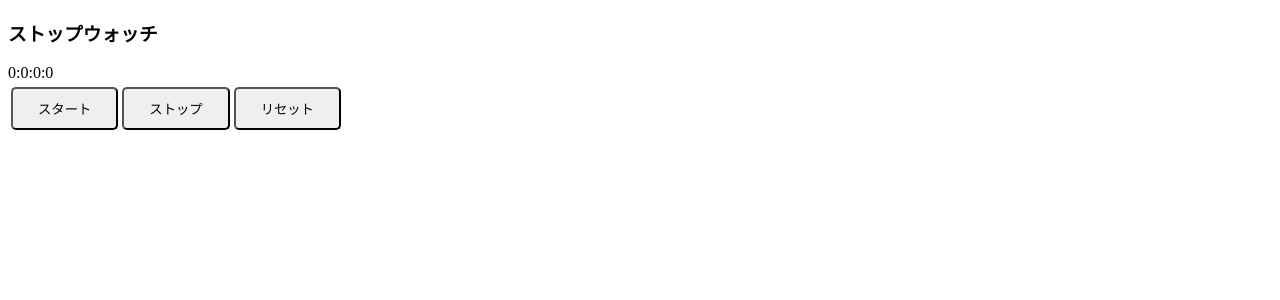
Repository: syokaturyou/potepan
Page: stop.html
The author's editor kept a record of every edit. The page is drawn from the files as they stood at one moment, then again after the next edit.
The browser window is 1280 px wide. The pictures show the whole page.

Above is the page before.
Console error: SyntaxError: Unexpected end of input

After the next edit:
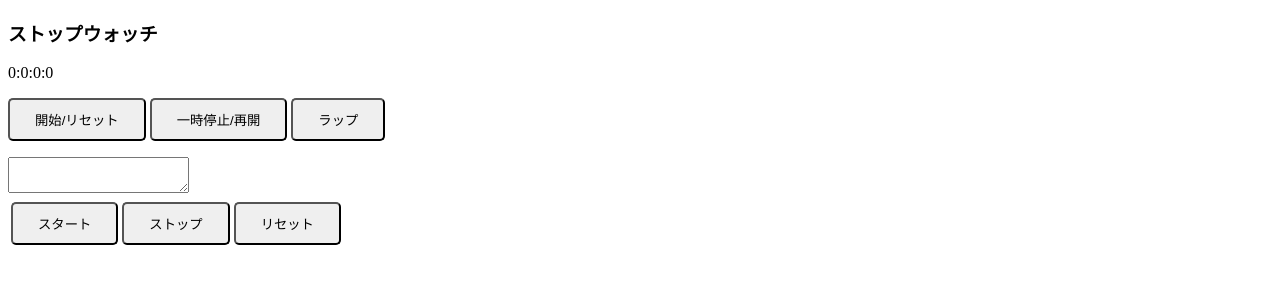
The edit:
--- a/stop.html
+++ b/stop.html
@@ -21,6 +21,13 @@
             <th><button class="buttonb">ストップ</button></th>
             <th><button class="buttonc">リセット</button></th>
           </tr>
+
+          <p><button id="start">開始/リセット</button>
+             <button id="pause">一時停止/再開</button>
+             <button id="wrap">ラップ</button>
+          </p>
+          <p id="watchArea"></p>
+          <textarea id="wrapArea"></textarea>
         </table>
 
       </body>
